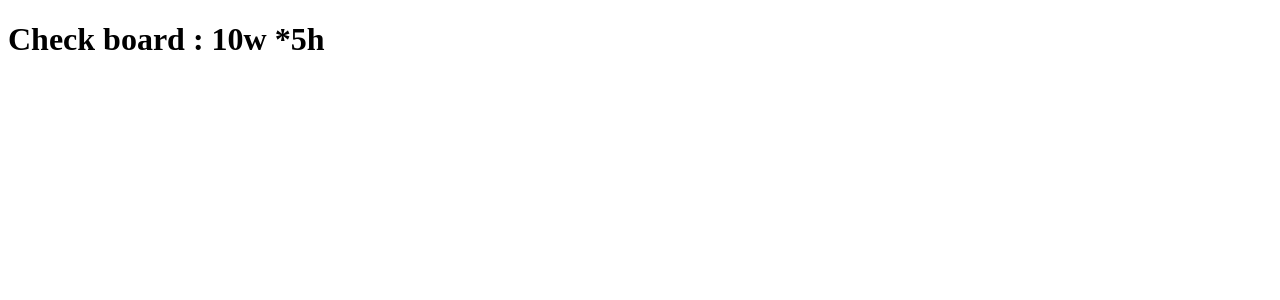
Repository: santsah11/javaStack
Page: http://localhost/checkerboard/checkerboard.jsp
An editor plug-in stored every save of this project. The page is shown before and after the next save, followed by the edit.
The browser window is 1280 px wide. The pictures show the whole page.
The page is served by Tomcat 9.

Above is the page before, as saved 2018-11-30 21:30:56.

### javaOntheWeb/checkerboard/WebContent/checkerboard.jsp
<%@ page language="java" contentType="text/html; charset=ISO-8859-1"
    pageEncoding="ISO-8859-1"%>
<!DOCTYPE html>
<html>
<head>
	<meta charset="ISO-8859-1">
	<title>title of CheckBoard</title>
</head>
<body>
	<h1>Check board : 10w *5h</h1>
	</body>
</html>

After the next save:
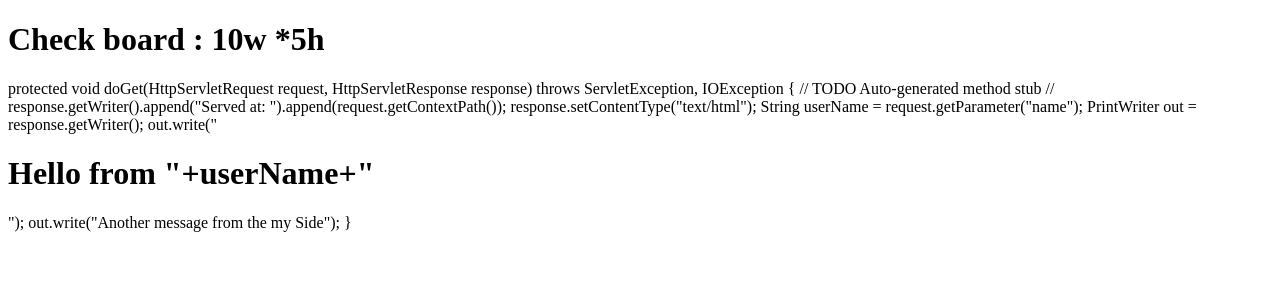
Saved 2 min 29 s later.
--- a/javaOntheWeb/checkerboard/WebContent/checkerboard.jsp
+++ b/javaOntheWeb/checkerboard/WebContent/checkerboard.jsp
@@ -1,12 +1,24 @@
 <%@ page language="java" contentType="text/html; charset=ISO-8859-1"
-    pageEncoding="ISO-8859-1"%>
+	pageEncoding="ISO-8859-1"%>
 <!DOCTYPE html>
 <html>
 <head>
-	<meta charset="ISO-8859-1">
-	<title>title of CheckBoard</title>
+<meta charset="ISO-8859-1">
+<title>title of CheckBoard</title>
 </head>
 <body>
-	<h1>Check board : 10w *5h</h1>
-	</body>
+	<h1>Check board : 10w *5h </h1>
+	protected void doGet(HttpServletRequest request, HttpServletResponse response) throws ServletException, IOException {
+		// TODO Auto-generated method stub
+//		response.getWriter().append("Served at: ").append(request.getContextPath());
+
+		response.setContentType("text/html");
+		String userName = request.getParameter("name");
+		PrintWriter out  = response.getWriter();
+
+		out.write("<h1> Hello from "+userName+" </h1>");
+		out.write("Another message from the my Side");
+	}
+
+</body>
 </html>
